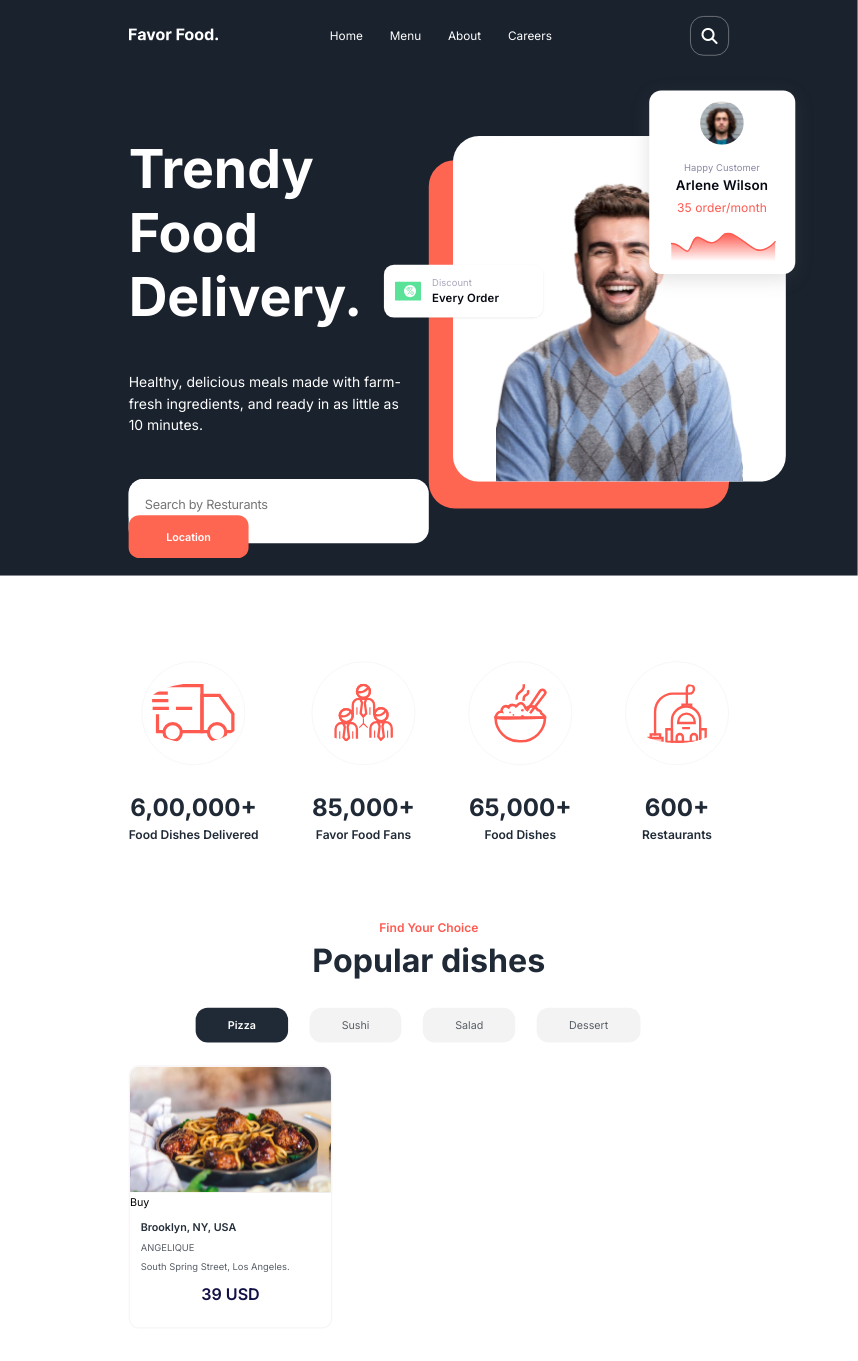
Repository: badhon252/favor-food
Page: index.html
These files come from the project's save history. The page is drawn as it stood at one moment and after the next save; the edit follows.
The browser window is 1280 px wide. The pictures show the whole page, at 67% of full size.
The style sheet was rebuilt from its Sass, Less or Tailwind sources for each picture, by a compiler version that may differ from the author's.

Above is the page before, as saved 2022-09-12 18:28:14.

After the next save:
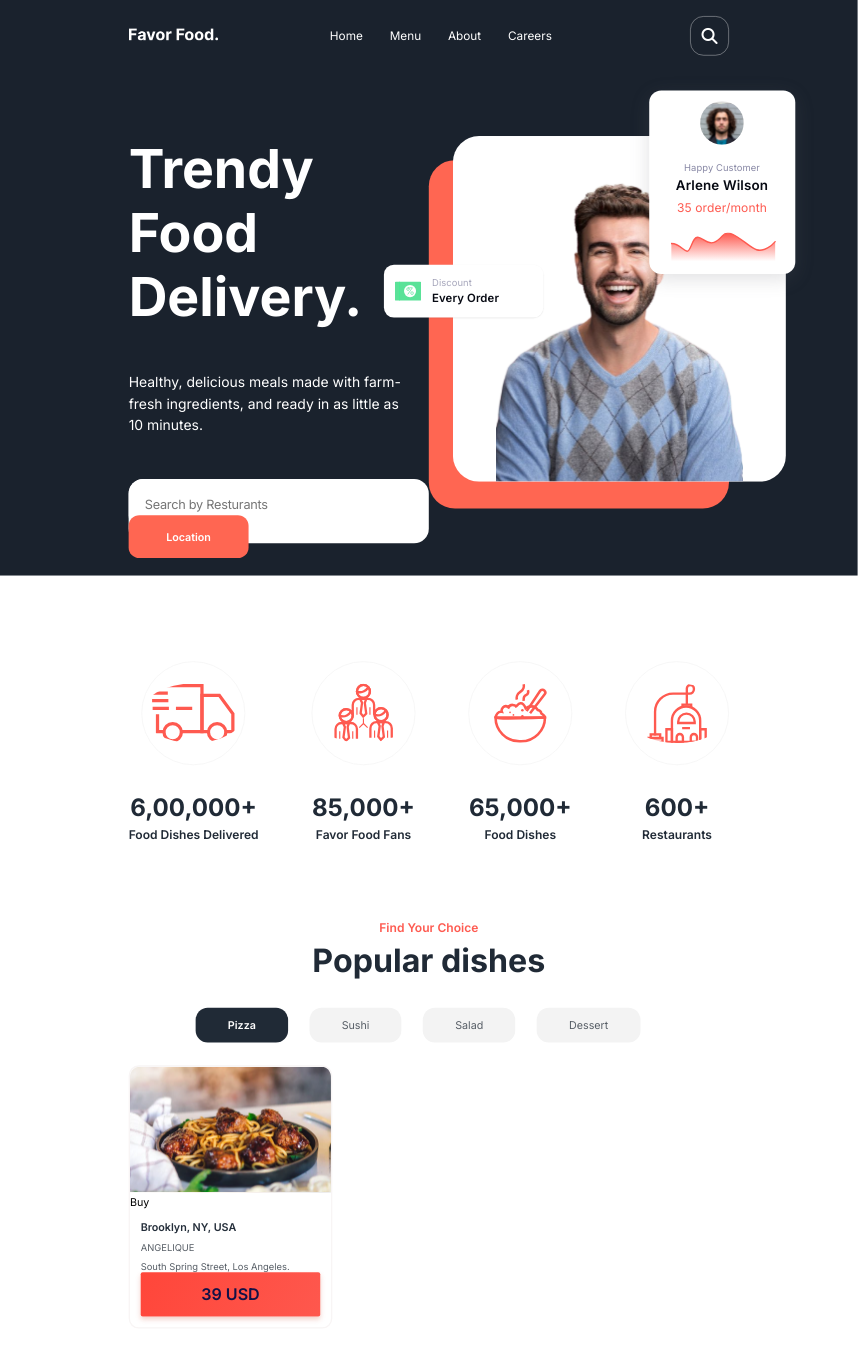
Saved 54 s later.
--- a/scss/style.scss
+++ b/scss/style.scss
@@ -345,6 +345,9 @@
       text-align: center;
       display: block;
       padding: 1rem 0;
+      background: linear-gradient(116.88deg, #ff4539 -4.28%, #fe5a50 112.69%);
+      box-shadow: 0px 4px 8px rgba(205, 71, 41, 0.26);
+      border-radius: 3px;
     }
     .card-body {
       padding: 1rem;

After the save that followed:
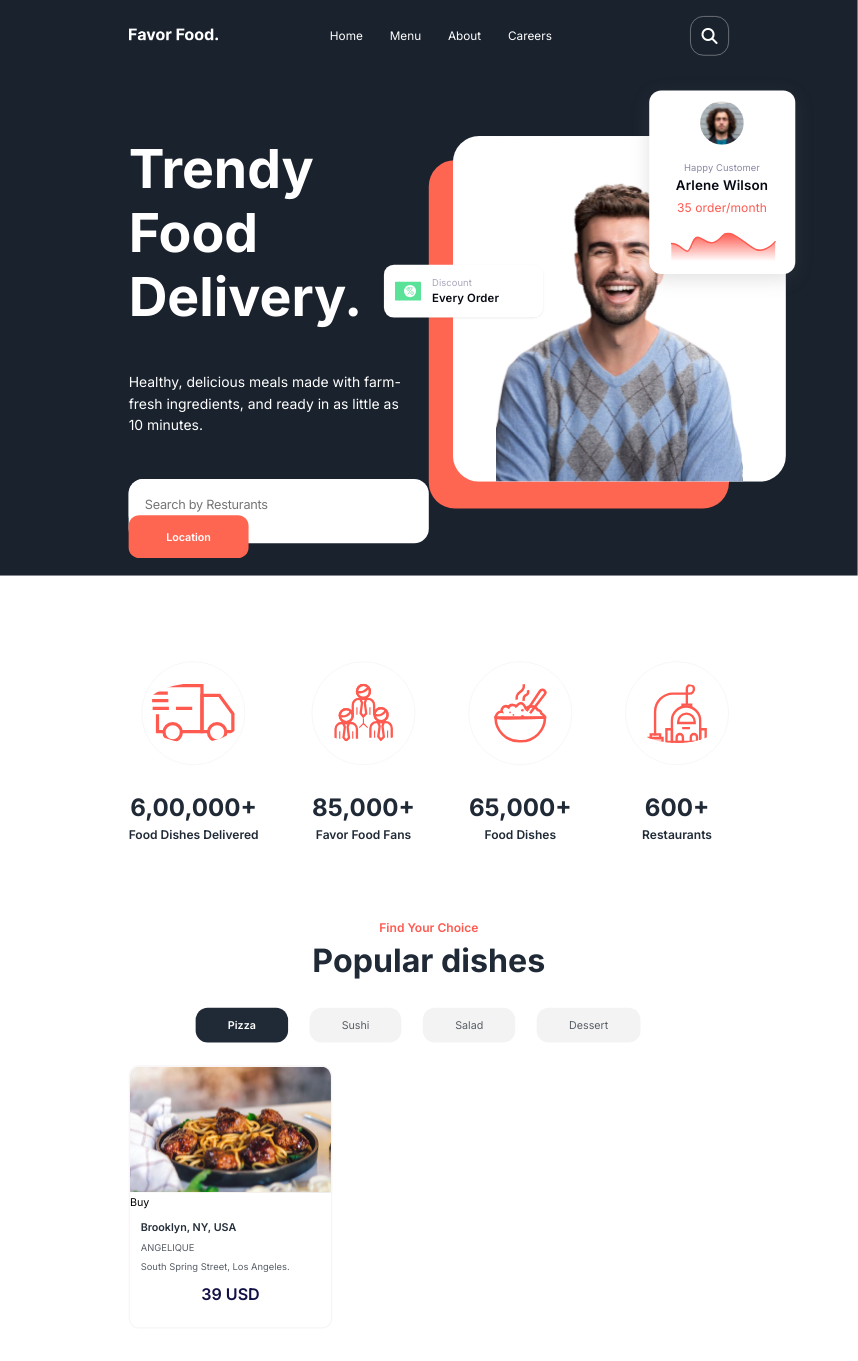
Saved 6 s later.
--- a/scss/style.scss
+++ b/scss/style.scss
@@ -345,9 +345,6 @@
       text-align: center;
       display: block;
       padding: 1rem 0;
-      background: linear-gradient(116.88deg, #ff4539 -4.28%, #fe5a50 112.69%);
-      box-shadow: 0px 4px 8px rgba(205, 71, 41, 0.26);
-      border-radius: 3px;
     }
     .card-body {
       padding: 1rem;
